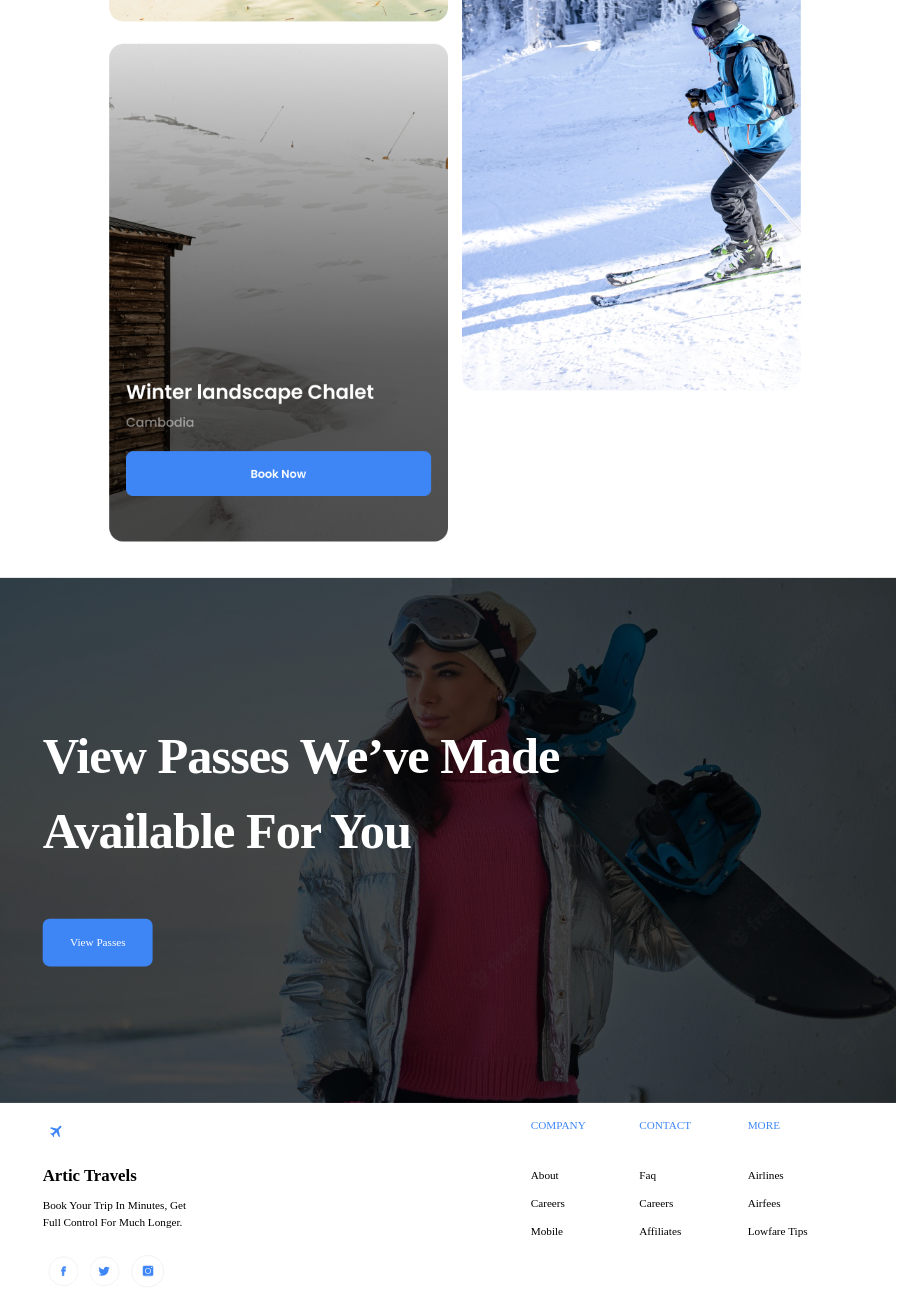
Repository: swissjake/arctic-travel-agency
Page: /
The author's editor kept a copy of each file at every save. The page is drawn from the files as they stood at one save, then again after the next save.
The browser window is 1280 px wide. The page is 1300 px wide, so the pictures cover 1300 px, including what lies to the right of the window. The pictures show the part of the page from y = 3701 to 5581 px (the page is 5581 px tall), at 70% of full size.
The project was rebuilt for these pictures with package versions that can differ from the ones it lists, and the page was loaded fresh each time. Also part of the build but not shown: src/App.css.

Above is the page before, as saved 2022-05-04 13:03:52.

### public/index.html
<!DOCTYPE html>
<html lang="en">
  <head>
    <meta charset="utf-8" />
    <link rel="icon" href="%PUBLIC_URL%/favicon.ico" />
    <meta name="viewport" content="width=device-width, initial-scale=1" />
    <meta name="theme-color" content="#000000" />
    <meta
      name="description"
      content="Web site created using create-react-app"
    />

    <title>Arctic Travel Agency</title>
  </head>
  <body>
    <noscript>You need to enable JavaScript to run this app.</noscript>
    <div id="root"></div>
    <!--
      This HTML file is a template.
      If you open it directly in the browser, you will see an empty page.

      You can add webfonts, meta tags, or analytics to this file.
      The build step will place the bundled scripts into the <body> tag.

      To begin the development, run `npm start` or `yarn start`.
      To create a production bundle, use `npm run build` or `yarn build`.
    -->
  </body>
</html>

### src/index.css
@tailwind base;
@tailwind components;
@tailwind utilities;

@import url('https://fonts.googleapis.com/css2?family=Poppins:wght@300;400;500;700&display=swap');


body{
    font-family: 'poppins';
}

@layer components {
    .container {
        @apply max-w-[1440px] mx-auto
    }
    .btn{
        @apply mt-[68px] bg-[#3E86F5] py-[22px] px-[39px] rounded-[10px] text-[16px] text-white
    }
    .booktrip{
        @apply font-medium text-[18px]
    }

}

.bookshadow{
    box-shadow: 0px 134px 193px rgba(183, 183, 183, 0.07), 0px 16.7789px 24.1666px rgba(183, 183, 183, 0.035);
}
/* .container {
    max-width: 1440px;
    margin: 0 auto;
} */

### src/pages/LandingPage.tsx
import Footer from "../components/Footer/Footer"
import Hero from "../components/Hero/Hero"
import HeroIcons from "../components/HeroIcons/HeroIcons"
import IceCold from "../components/IceCold/IceCold"
import Nav from "../components/Nav/Nav"
import Passes from "../components/Passes/Passes"
import Region from "../components/Region/Region"
import Resort from "../components/Resort/Resort"
import heroImage from '../assets/heroImage.jpeg'


const LandingPage = () => {
  return (
    <>
  <div>
  <div className="h-[780px]  w-full bg-no-repeat bg-center bg-cover" style={{backgroundImage:`linear-gradient(180deg, rgba(0, 0, 0, 0.65) 0%, rgba(0, 0, 0, 0.580838) 32.24%, rgba(0, 0, 0, 0.486293) 62.09%, rgba(0, 0, 0, 0) 98.06%), url(${heroImage})`}}>
     <Nav />
     <Hero />

  </div>

    <HeroIcons />
    <IceCold />
  </div>
  <Region />
  <Resort/>
  <Passes />

     {/*  style={{backgroundImage:`linear-gradient(180deg, rgba(0, 0, 0, 0.65) 0%, rgba(0, 0, 0, 0.580838) 32.24%, rgba(0, 0, 0, 0.486293) 62.09%, rgba(0, 0, 0, 0) 98.06%), url(${heroImage})`}} */}

     <Footer/>
    </>
  )
}

export default LandingPage

### src/components/Footer/Footer.tsx
import React from 'react'
import aeroplane from "../../assets/aeroplane.svg"
import facebook from "../../assets/facebook.svg"
import instagram from "../../assets/instagram.svg"
import twitter from "../../assets/twitter.svg"


const social=[facebook,twitter,instagram]
const company=["about","careers","mobile"]
const contact=["faq","careers","affiliates"]
const more=["airlines","airfees","lowfare tips"]





const Footer = () => {
  return (
      <footer className=''>
         <div className="container p-[20px] md:pl-[61px] md:pr-[57px]">
            <div className="md:flex justify-between">

<div className="mb-5 w-[60%]">
  <img src={aeroplane} className="mb-[27px]" alt="aeroplane" />
  <p className="capitalize text-2xl font-bold">artic travels</p>
  <p className="capitalize mt-[16px] mb-[34px] w-[217px]">Book your trip in minutes, get full
control for much longer.</p>
<div className="flex mt-5">

  {social.map((item,index)=> (<img src={item} className="mx-2 " alt="icons" />))}
</div>
</div>

<div className='mb-5 flex-1'>
  <h2 className="text-[#3E86F5] mb-[40px] uppercase">company</h2>
  <ul>
    {company.map((item,index)=>(
      <li className="capitalize leading-10">{item}</li>
    ))}
  </ul>
</div>

<div className='mb-5 flex-1'>
  <h2 className="text-[#3E86F5] mb-[40px] uppercase">contact</h2>
  <ul>
    {contact.map((item,index)=>(
      <li className="capitalize leading-10">{item}</li>
    ))}
  </ul>
</div>

<div className='mb-5 flex-1'>
  <h2 className="text-[#3E86F5] mb-[40px] uppercase">more</h2>
  <ul>
    {more.map((item,index)=>(
      <li className="capitalize leading-10">{item}</li>
    ))}
  </ul>
</div>


              </div>
         </div>
      </footer>

  )
}

export default Footer

### src/components/Hero/Hero.tsx

const Hero = () => {
  return (
    <section >
         <div className="container md:pl-[61px] p-[20px] md:pr-[57px]">
           {/* <img src={heroImage} alt="" /> */}
           <div className="pt-[160px] text-center md:text-left md:pt-[200px] text-white ">
           <h1 className="md:w-[46.6rem] md:whitespace-nowrap text-[32px] md:text-[56px] capitalize font-bold tracking-{-0.03em}">Plan the perfect winter trip</h1>
           <p className="md:w-[33rem] text-[14px] md:text-[22px] font-normal tracking-[-0.01em] mt-[20px]">Easily plan your ideal ski trip from home with the help of professionals</p>
           <button className="btn">Book Now</button>
           </div>
        </div>
    </section>

  )
}

export default Hero

//background: linear-gradient(180deg, rgba(0, 0, 0, 0.65) 0%, rgba(0, 0, 0, 0.580838) 32.24%, rgba(0, 0, 0, 0.486293) 62.09%, rgba(0, 0, 0, 0) 98.06%);

### src/components/HeroIcons/HeroIcons.tsx
import React from 'react'
import nike from '../../assets/nike.svg'
import applepay from '../../assets/applepay.svg'
import silverstar from '../../assets/silverstar.svg'
import intra from '../../assets/intra.svg'
import mastercard from '../../assets/mastercard.svg'
import BookTrip from '../BookTrip/BookTrip'



const HeroIcons = () => {

  return (
    <section className='bg-[#F8F9FC]'>
         <BookTrip />
        <div className='container md:h-[243px]'>
            <div className='flex flex-wrap md:flex-nowrap items-center justify-center px-3 pb-[45px]  md:px-[222px] pt-[200px] md:pt-[149px] space-y-6 md:space-y-0'>
                    <div className='md:mr-[120px] mr-[40px]'>
                        <img className='w-[96px] h-[50px]' src={nike} alt="nike" />
                    </div>
                    <div className='md:mr-[126px] mr-[40px]'>
                        <img className='w-[96px] h-[56px]' src={applepay} alt="applepay" />
                    </div>
                    <div className='md:mr-[128px] mr-[40px]'>
                        <img className='w-[126px] h-[57px]' src={silverstar} alt="silver" />
                    </div>
                    <div className='md:mr-[130px] mr-[40px]'>
                        <img className='w-[108px] h-[46px]' src={intra} alt="intra" />
                    </div>
                    <div className=''>
                        <img className='w-[64px] h-[64px]' src={mastercard} alt="mastercard" />
                    </div>
            </div>

        </div>
    </section>
    )
}

export default HeroIcons

### src/components/IceCold/IceCold.tsx
import React from 'react'
import map from '../../assets/map.svg'
import arrow from '../../assets/Arrow.svg'

const IceCold = () => {
  return (
      <section className='bg-[#F8F9FC]'>
         <div className='container h-[693px] p-[20px] pt-[179px] md:pl-[40px]'>
             <div className='h-[492px] relative  bg-[rgba(62, 134, 245, .2)]' style={{backgroundImage:`url(${map})`}}>
                <h1 className='w-full md:w-[791px] leading-[54px] tracking-[-0.02em] text-[black] font-semibold left-[50%] translate-x-[-50%] absolute top-[-60px] h-[108px] text-[30px] md:text-[40px] text-center'>Creating the best <span className='text-[#3E86F5]'>ice-cold!</span> experience you would never forget.</h1>

                 <p className='w-full md:w-[697px] md:h-[72px] absolute left-[50%] translate-x-[-50%] text-[rgba(0, 0, 0, 0.5)] text-[18px] md:text-[24px] mt-[120px] md:mt-[60px] text-center leading-[36px] font-normal'>Would you explore nature paradise in the world, find the best destination in the world with us.</p>
                <div className=''>
                    <h1 className='w-full md:w-[454px] md:h-[50px] md:whitespace-nowrap absolute mb-[75px] md:mb-[150px] bottom-0 left-[50%] translate-x-[-50%] font-semibold text-[#000000] text-[40px] text-center leading-[60px] tracking-[-0.02em]'>View Regions available</h1>
                    <img className='absolute bottom-0 left-[50%] translate-x-[-50%] mb-[36px] md:mb-[73px]' src={arrow} alt="/" />
                </div>
             </div>

        </div>
      </section>

  )
}

export default IceCold

### src/components/Nav/Nav.tsx
import React, {useState} from 'react'
import aeroplane from "../../assets/aeroplane.svg";
import {AiOutlineClose, AiOutlineMenu} from 'react-icons/ai'

const Nav = () => {
  const [close, setClose]=useState(true)


  const navitems:string[] = ["About us", "Support", "Language"];
  return (
    <section className=''>
<div className='container  top-0 flex md:pl-[61px] justify-between p-[20px] md:pr-[57px]'>
  <div className="flex items-center">
  <img src={aeroplane} className="mr-[10px]" alt="aeroplane" />
  <h2 className='capitalize font-bold text-white mr-[56px]'>artic travels</h2>
 <ul className="inline hidden md:block">
   {navitems.map((item:string, index) => <li key={index} className="inline capitalize text-white mr-[40px]"><button>{item}</button></li>)}
 </ul>
  </div>

  <button className='hidden md:block text-[#3E86F5] h-[48px] rounded-[10px] w-[151px] bg-white'>
  Sign in
</button>
<button className='md:hidden block' onClick={()=>setClose(!close)}>
<AiOutlineMenu size={20} className='text-white'/>
</button>
</div>
<div style={{width:close?"0%":"100%",transition:"all .5s"}} className="fixed md:hidden block overflow-hidden  flex h-[100%] top-0 bg-black z-50">
<ul className="inline m-auto">
   {navitems.map((item:string) => <li className="leading-10 text-white"><button onClick={()=>setClose(true)} className="capitalize">{item}</button></li>)}
 </ul>
 <button className='hidden text-[#3E86F5] h-[48px] rounded-[10px] w-[151px] bg-white'>
  Sign in
</button>


<button onClick={()=>setClose(!close)} className="absolute top-[5%] right-[5%] border-white border-[4px] font-bold p-1 rounded-full"><AiOutlineClose size={20} className='fill-white'/></button>

</div>

    </section>
  )
}

export default Nav

// npm install @mui/icons-material

### src/components/Passes/Passes.tsx
import React from 'react'
import passes from '../../assets/passesimg.jpg'

const Passes = () => {
  return (
      <section className='bg-center bg-cover bg-no-repeat' style={{backgroundImage: `linear-gradient(0deg, rgba(0, 0, 0, 0.7), rgba(0, 0, 0, 0.7)),url(${passes})`, backgroundPosition:"center 25%"}}>
            <div className='container h-[500px] md:h-[750px] md:pl-[61px]  md:pr-[57px]  text-white' >
                <div className=' text-center md:text-left'>
                <h1 className='md:w-[1017px] pt-[120px] md:pt-[200px] font-semibold text-[36px] md:text-[72px] leading-[54px] md:leading-[108px] tracking-[-0.02em]'>View Passes We’ve Made Available For You</h1>
                <button className='btn mt-[40px] md:mt-[71px]'>View Passes</button>
                </div>
            </div>
      </section>

  )
}

export default Passes

### src/components/Region/Region.tsx
import React from 'react'
import region1 from '../../assets/region1.png'
import region2 from '../../assets/region2.png'
import region3 from '../../assets/region3.png'


const Region = () => {
  return (
      <section>
             <div className=''>
                 <div className='flex '>
             <div className='flex-1'>
             <img className="w-full" src={region1} alt="/"/>
             </div>

               <div className="flex-1">
               <img className="w-full" src={region2} alt="/" />

               </div>

             <div className="flex-1">
                <img className='w-full'  src={region3} alt="/" />
            </div>



            </div>
            </div>
      </section>

  )
}

export default Region

### src/components/Resort/Resort.tsx
import React from 'react'
import picture1 from "../../assets/picture1.png"
import picture2 from "../../assets/picture2.png"
import picture3 from "../../assets/picture3.png"
import picture4 from "../../assets/picture4.png"
const Resort = () => {
  return (
 <section>
   <div className="container p-[20px] pt-[179px] md:pl-[40px]">
<div className="md:flex gap-5 justify-between">

  <div className="flex-1">
  <p className="text-[3rem] md:w-[80%] w-full mb-[4.5rem] font-[600] tracking-[-0.02em]">The best resorts to chill and relax</p>
  <div className="w-full flex justify-end flex-wrap">
  <img src={picture1} className="mb-[32px]" alt="" />
<img src={picture2} className="mb-[32px]" alt="" />
  </div>

  </div>

<div className="flex-1">
<img src={picture3} className="mb-5 mb-[32px]" alt="" />
<img src={picture4} alt="" />
</div>

  </div>
   </div>
 </section>
  )
}

export default Resort

### src/components/BookTrip/BookTrip.tsx
import React from 'react'
import location from '../../assets/location.svg'
import aero from '../../assets/aero.svg'
import user from '../../assets/user.svg'
import dropdown from '../../assets/dropdown.svg'
import checkin from '../../assets/checkin.svg'

const BookTrip = () => {
  return (
      <section>
            <div className='container p-2 md:p-0 md:relative'>

                <div className='bookshadow md:w-[1320px] md:absolute bg-white rounded-[16px] md:z-40 md:h-[140px] md:mt-[-75px] md:left-[50%] md:translate-x-[-50%] md:space-x-[120px] md:flex-row flex flex-col p-7  items-center justify-center'>
                    <div className='mb-4 md:mb-0'>
                        <div className='flex'>
                            <img className="mr-[20px]" src={location} alt="/" />
                            <p className='font-medium text-[#929191] text-[16px] tracking-[0.08em] leading-[24px] uppercase'>location</p>
                        </div>
                        <div className='flex'>
                            <p className="booktrip">Iceland</p>
                            <img className="ml-[8px]" src={dropdown} alt="/" />
                        </div>
                    </div>

                    <div className='mb-4 md:mb-0'>
                        <div className='flex'>
                            <img className="mr-[20px]" src={user} alt="/" />
                         <p className='font-medium text-[#929191] text-[16px] tracking-[0.08em] leading-[24px] uppercase'>Persons</p>
                    </div>
                    <div className='flex'>
                        <p className="booktrip">4 Persons</p>
                        <img className="ml-[8px]" src={dropdown} alt="/" />
                    </div>
                </div>

                <div className='mb-4 md:mb-0'>
                    <div className='flex'>
                        <img className="mr-[20px]" src={checkin} alt="/" />
                         <p className='font-medium text-[#929191] text-[16px] tracking-[0.08em] leading-[24px] uppercase'>check in</p>
                    </div>
                    <div className='flex'>
                        <p className="booktrip">12 January 2022</p>
                        <img className="ml-[8px]" src={dropdown} alt="/" />
                    </div>
                </div>

                <div className=''>
                    <div className='flex'>
                        <img className="mr-[20px]" src={checkin} alt="/" />
                         <p className='font-medium text-[#929191] text-[16px] tracking-[0.08em] leading-[24px] uppercase'>checkout</p>
                    </div>
                    <div className='flex'>
                        <p className="booktrip">18 January 2022</p>
                        <img className="ml-[8px]" src={dropdown} alt="/" />
                    </div>
                </div>
                <button className='btn flex md:my-[38px]'>Book Trip <img className='ml-[12px]' src={aero} alt="/" /> </button>
                </div>
            </div>
    </section>


  )
}

export default BookTrip

Loaded but not shown: src/index.tsx (common file); src/App.tsx (common file); tailwind.config.js (common file)

After the next save:
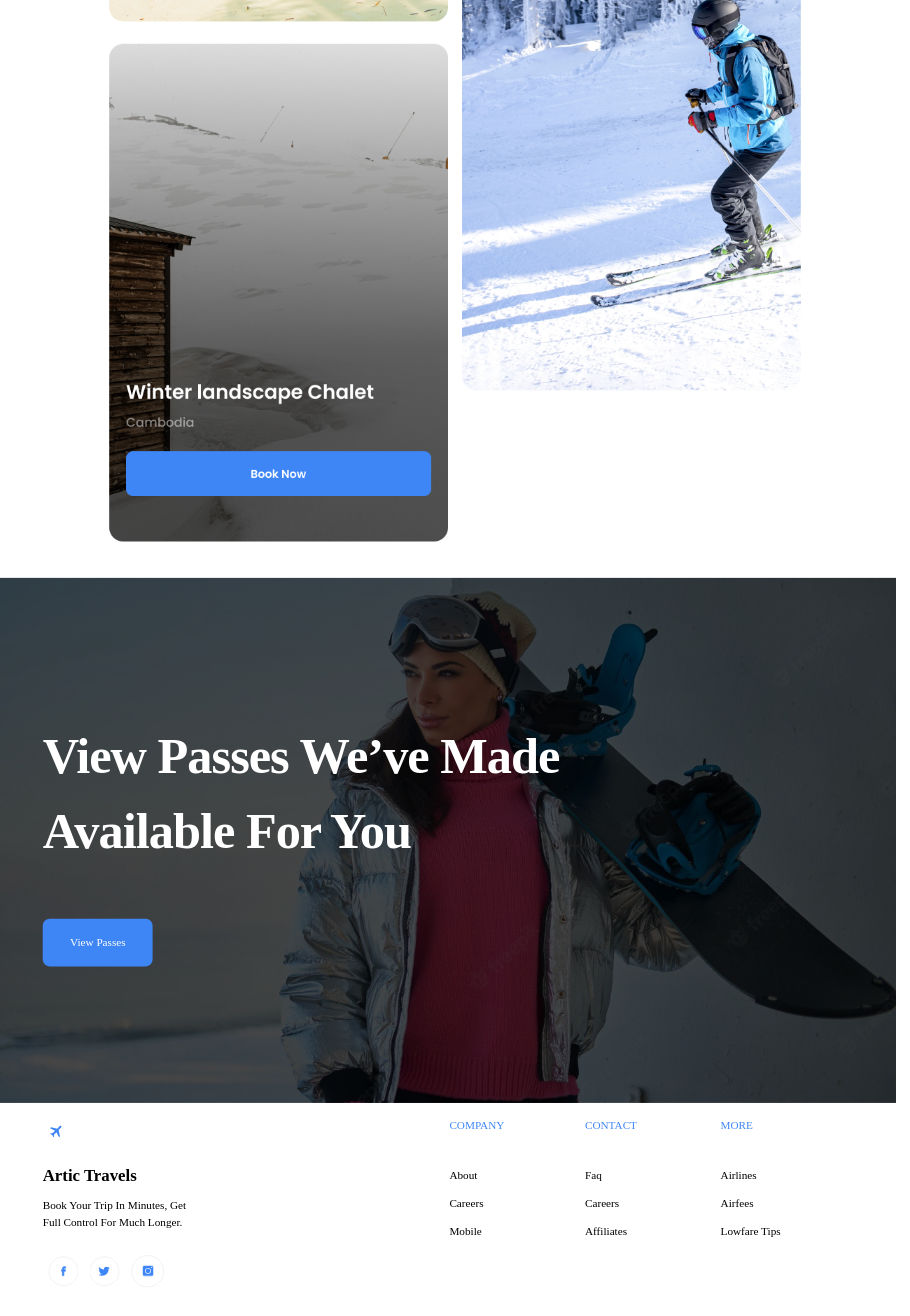
Saved 14 s later.
--- a/src/components/Footer/Footer.tsx
+++ b/src/components/Footer/Footer.tsx
@@ -20,7 +20,7 @@ const Footer = () => {
          <div className="container p-[20px] md:pl-[61px] md:pr-[57px]">
             <div className="md:flex justify-between">
 
-<div className="mb-5 w-[60%]">
+<div className="mb-5 w-[50%]">
   <img src={aeroplane} className="mb-[27px]" alt="aeroplane" />
   <p className="capitalize text-2xl font-bold">artic travels</p>
   <p className="capitalize mt-[16px] mb-[34px] w-[217px]">Book your trip in minutes, get full
